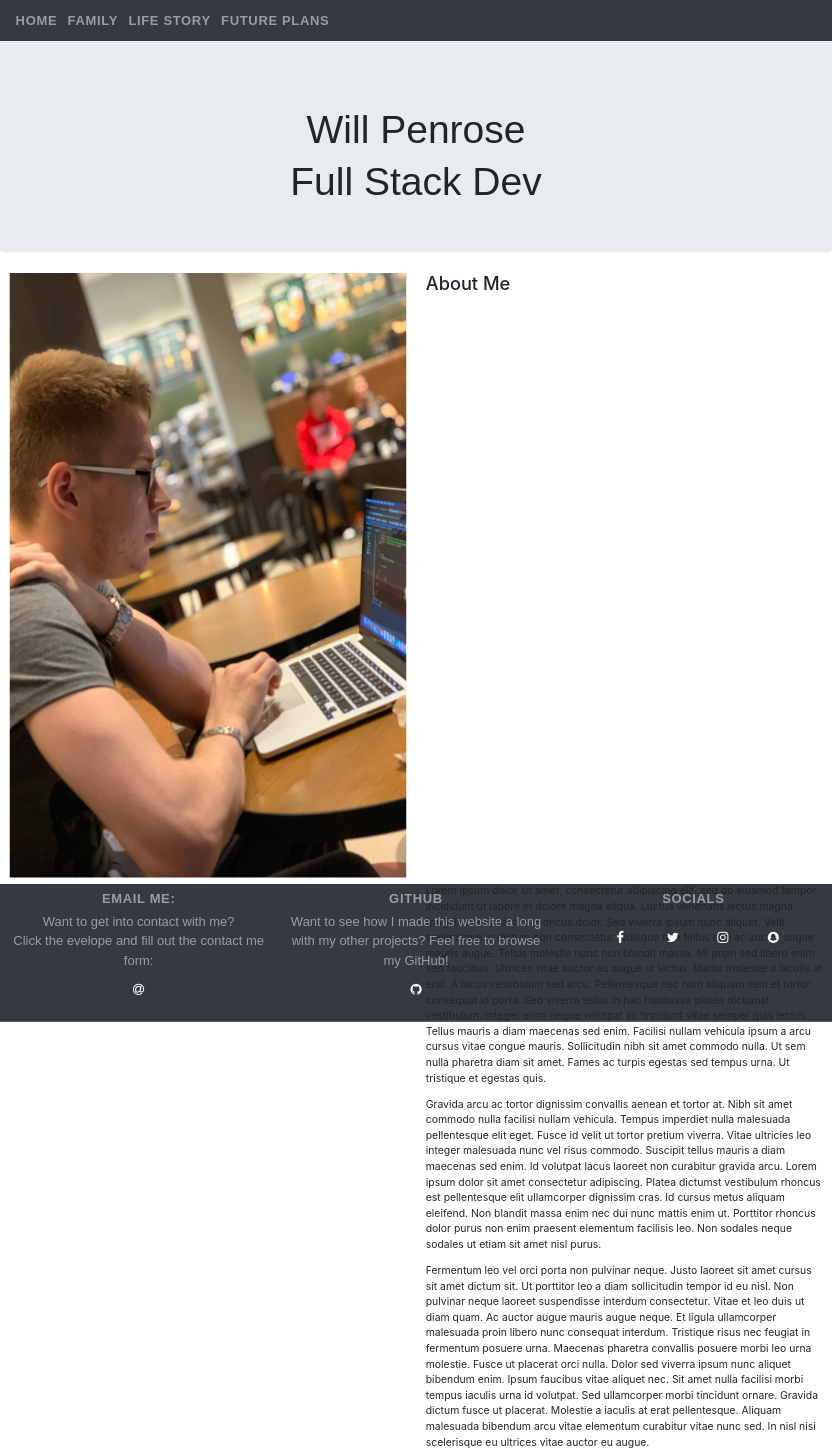
Repository: Code-Institute-Submissions/user-centric-frontend-dev-milestone-project
Page: index.html
The author's editor kept a record of every edit. The page is drawn from the files as they stood at one moment, then again after the next edit.
The browser window is 1280 px wide. The pictures show the whole page, at 65% of full size.
Some web fonts or font styles are not loaded; a fallback is used.

Above is the page before.

### index.html
<!DOCTYPE html>
<html lang="en">

<head>
    <meta charset="UTF-8">
    <meta name="viewport" content="width=device-width, initial-scale=1.0">
    <meta http-equiv="X-UA-Compatible" content="ie=edge">
    <link rel="stylesheet" href="assets/css/style.css" type="text/css" />
    <link rel="stylesheet" href="https://stackpath.bootstrapcdn.com/font-awesome/4.7.0/css/font-awesome.min.css" type="text/css" />
    <link rel="stylesheet" href="https://stackpath.bootstrapcdn.com/bootstrap/4.3.1/css/bootstrap.min.css" type="text/css" />
    <title>Will Penrose Autobiography</title>
</head>

<body>
    <header>
        <!--------------------------------------NAVBAR----------------------------->

        <nav class="navbar navbar-expand-sm navbar-dark bg-dark fixed-top text-uppercase">
            <button class="navbar-toggler" data-toggle="collapse" data-target="#collapse_target">
                <span class="navbar-toggler-icon"></span>
            </button>
            <div class="collapse navbar-collapse" id="collapse_target">
                <ul class="navbar-nav">
                    <li class="nav-item">
                        <a class="nav-link" href="#">Home</a>
                    </li>
                    <li class="nav-item">
                        <a class="nav-link" href="#">Family</a>
                    </li>
                    <li class="nav-item">
                        <a class="nav-link" href="#">Life Story</a>
                    </li>
                    <li class="nav-item">
                        <a class="nav-link" href="#">Future Plans</a>
                    </li>
                </ul>
            </div>
        </nav>
        <!--------------------------------------JUMBOTRON----------------------------->
        <div class="container-fluid">
            <div class="row jumbotron">
                <div class="col-12 heading">
                    <h1 class="name">Will Penrose</h1>
                    <h2 class="title">Full Stack Dev</h2>
                </div>
            </div>
        </div>
    </header>

    <!--------------------------------------MAIN IMAGE AND PARAGRAPHS----------------------------->

    <section>
        <div class="container-fluid">
            <div class="row">
                <div class="col-sm-12 col-md-12 col-lg-6">
                    <img src="assets/images/will.jpg" class="image"></img>
                </div>
                <div class="col-sm-12 col-md-12 col-lg-6">
                    <h3 class="home-paragraphs">About Me</h3>
                    <p>
                        Lorem ipsum dolor sit amet, consectetur adipiscing elit, sed do eiusmod tempor incididunt ut labore et dolore magna aliqua. Luctus venenatis lectus magna fringilla urna porttitor rhoncus dolor. Sed viverra ipsum nunc aliquet. Velit scelerisque in dictum
                        non consectetur. Quisque non tellus orci ac auctor augue mauris augue. Tellus molestie nunc non blandit massa. Mi proin sed libero enim sed faucibus. Ultrices vitae auctor eu augue ut lectus. Mattis molestie a iaculis at erat.
                        A lacus vestibulum sed arcu. Pellentesque nec nam aliquam sem et tortor consequat id porta. Sed viverra tellus in hac habitasse platea dictumst vestibulum. Integer enim neque volutpat ac tincidunt vitae semper quis lectus. Tellus
                        mauris a diam maecenas sed enim. Facilisi nullam vehicula ipsum a arcu cursus vitae congue mauris. Sollicitudin nibh sit amet commodo nulla. Ut sem nulla pharetra diam sit amet. Fames ac turpis egestas sed tempus urna. Ut tristique
                        et egestas quis.
                    </p>
                    <p>
                        Gravida arcu ac tortor dignissim convallis aenean et tortor at. Nibh sit amet commodo nulla facilisi nullam vehicula. Tempus imperdiet nulla malesuada pellentesque elit eget. Fusce id velit ut tortor pretium viverra. Vitae ultricies leo integer malesuada
                        nunc vel risus commodo. Suscipit tellus mauris a diam maecenas sed enim. Id volutpat lacus laoreet non curabitur gravida arcu. Lorem ipsum dolor sit amet consectetur adipiscing. Platea dictumst vestibulum rhoncus est pellentesque
                        elit ullamcorper dignissim cras. Id cursus metus aliquam eleifend. Non blandit massa enim nec dui nunc mattis enim ut. Porttitor rhoncus dolor purus non enim praesent elementum facilisis leo. Non sodales neque sodales ut etiam
                        sit amet nisl purus.
                    </p>
                    <p>
                        Fermentum leo vel orci porta non pulvinar neque. Justo laoreet sit amet cursus sit amet dictum sit. Ut porttitor leo a diam sollicitudin tempor id eu nisl. Non pulvinar neque laoreet suspendisse interdum consectetur. Vitae et leo duis ut diam quam. Ac
                        auctor augue mauris augue neque. Et ligula ullamcorper malesuada proin libero nunc consequat interdum. Tristique risus nec feugiat in fermentum posuere urna. Maecenas pharetra convallis posuere morbi leo urna molestie. Fusce ut
                        placerat orci nulla. Dolor sed viverra ipsum nunc aliquet bibendum enim. Ipsum faucibus vitae aliquet nec. Sit amet nulla facilisi morbi tempus iaculis urna id volutpat. Sed ullamcorper morbi tincidunt ornare. Gravida dictum fusce
                        ut placerat. Molestie a iaculis at erat pellentesque. Aliquam malesuada bibendum arcu vitae elementum curabitur vitae nunc sed. In nisl nisi scelerisque eu ultrices vitae auctor eu augue.
                    </p>
                </div>
            </div>
        </div>
    </section>
    <!--------------------------------------FOOTER----------------------------->
    <footer>
        <div class="container-fluid">
            <div class="row">
                <div class="col-sm-4 footer-paragraph">
                    <h4 class="footer-section text-uppercase">Email Me:</h4>
                    <p>
                        Want to get into contact with me?<br>
                        Click the evelope and fill out the contact me form:
                        <br>
                        <a href="contact.html" target="_blank">
                            <i class="fa fa-at email" aria-hidden="true"></i>
                            <span class="sr-only">Email</span>
                        </a>
                    </p>
                </div>
                <div class="col-sm-4 footer-paragraph">
                    <h4 class="footer-section text-uppercase social-links">GitHub</h4>
                    <p>
                        Want to see how I made this website a long with my other projects? Feel free to browse my GitHub!
                        <br>
                        <a href="#" target="_blank">
                            <i class="fa fa-github" aria-hidden="true"></i>
                            <span class="sr-only">GitHub</span>
                        </a>
                    </p>
                </div>
                <div class="col-sm-4 footer-paragraph">
                    <h4 class="footer-section text-uppercase">Socials</h4>
                    <ul class="list-inline social-links">
                        <li class="list-inline-item">
                            <a href="#" target="_blank">
                                <i class="fa fa-facebook" aria-hidden="true"></i>
                                <span class="sr-only">Facebook</span>
                            </a>
                        </li>
                        <li class="list-inline-item">
                            <a href="#" target="_blank">
                                <i class="fa fa-twitter" aria-hidden="true"></i>
                                <span class="sr-only">Twitter</span>
                            </a>
                        </li>
                        <li class="list-inline-item">
                            <a href="#" target="_blank">
                                <i class="fa fa-instagram" aria-hidden="true"></i>
                                <span class="sr-only">Instagram</span>
                            </a>
                        </li>
                        <li class="list-inline-item">
                            <a href="#" target="_blank">
                                <i class="fa fa-snapchat" aria-hidden="true"></i>
                                <span class="sr-only">Snapchat</span>
                            </a>
                        </li>
                    </ul>
                </div>
            </div>
        </div>
    </footer>
</body>

</html>

### assets/css/style.css
@import url('https://fonts.googleapis.com/css?family=Odibee+Sans&display=swap:100,200,300,400,500,600,700|PT Sans Narrow:100,200,300,400,500,600,700');

/*---------------------------Navbar*/

.navbar {
    font-family: "Odibee Sans", sans-serif;
    font-size: 20px;
    letter-spacing: 1px;
    font-weight: 600;
}

/*---------------------------General*/

.inline-block {
    display: inline-block;
}

/*---------------------------Heading*/

.heading {
    text-align: center;
    margin: 0;
    padding-top: 100px;
}

img {
    width: 100%;
    height: 100%;
}

.jumbotron .name {
    font-family: "Odibee Sans", sans-serif;
    font-weight: 500;
    font-size: 60px
}

.jumbotron .title {
    font-family: "PT Sans Narrow", sans-serif;
    font-weight: 500;
    font-size: 60px
}

/*----------------------Text*/

.home-paragraphs {
    height: 100%;
}

/*----------------------Media Quires*/

@media (max-width: 992px) {
    .home-paragraphs {
        padding-top: 20px;
    }
}

/*----------------------Contact Form*/

.contact-title {
    text-align: center;
}

/*----------------------Footer and Socials*/

footer {
    background-color: #343a40;
    color: rgba(255, 255, 255, 0.5);
    margin-top: 10px
}

.footer-paragraph {
    font-family: "PT Sans Narrow", sans-serif;
    text-align: center;
    font-size: 20px;
    font-weight: 400;
}

.footer-section {
    padding-top: 10px;
    text-align: center;
    font-family: "Odibee Sans", sans-serif;
    letter-spacing: 1px;
    font-size: 20px;
    font-weight: 600;
}

/*----------------------Footer Icons*/

.social-links li a i {
    width: 64px;
    height: 64px;
    color: #fff;
    padding: 30px;
}


p a i {
    width: 64px;
    height: 64px;
    color: #fff;
    padding-top: 20px;
}

After the next edit:
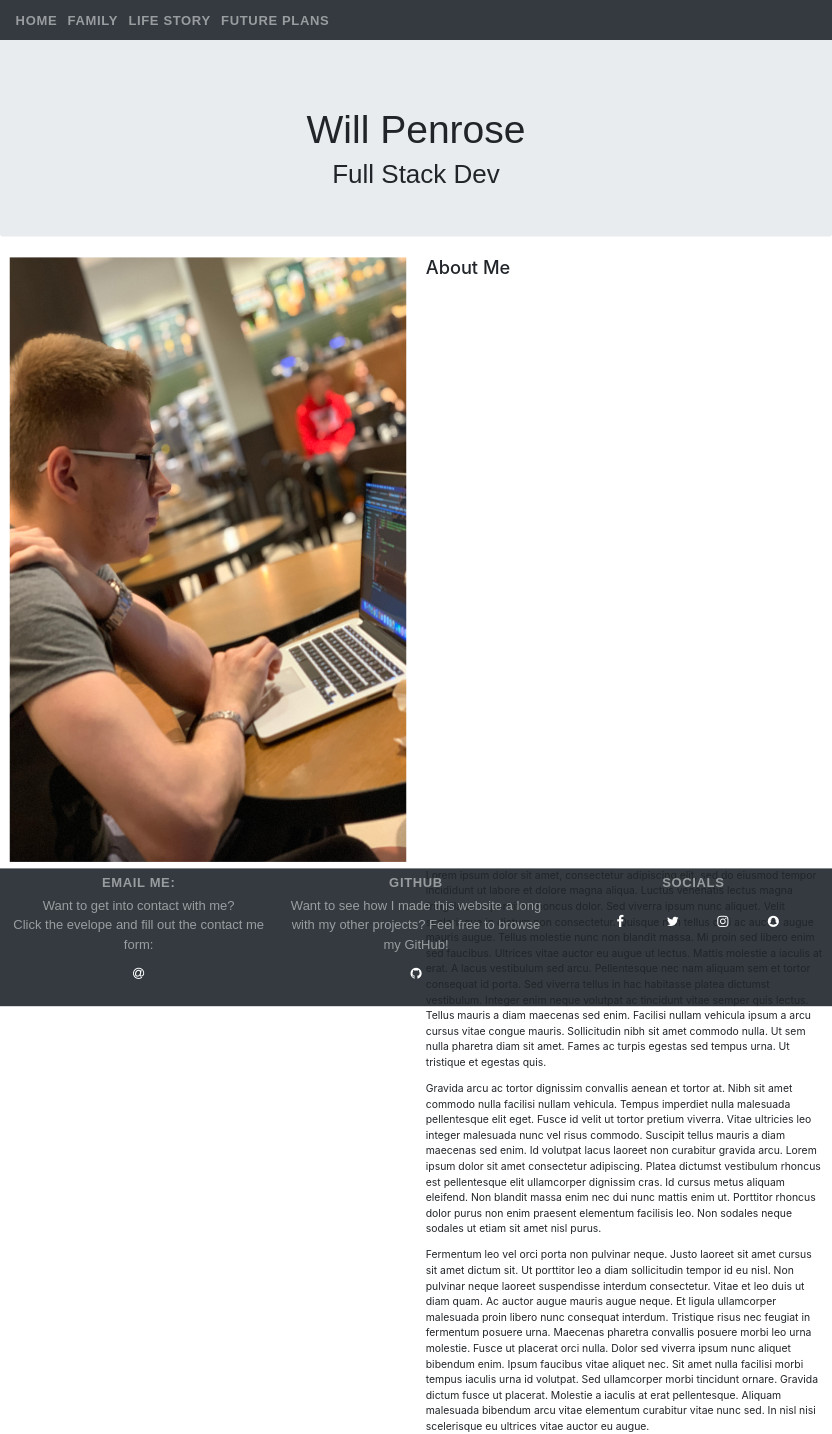
The edit:
--- a/assets/css/style.css
+++ b/assets/css/style.css
@@ -36,8 +36,8 @@
 
 .jumbotron .title {
     font-family: "PT Sans Narrow", sans-serif;
-    font-weight: 500;
-    font-size: 60px
+    font-weight: 300;
+    font-size: 40px
 }
 
 /*----------------------Text*/
